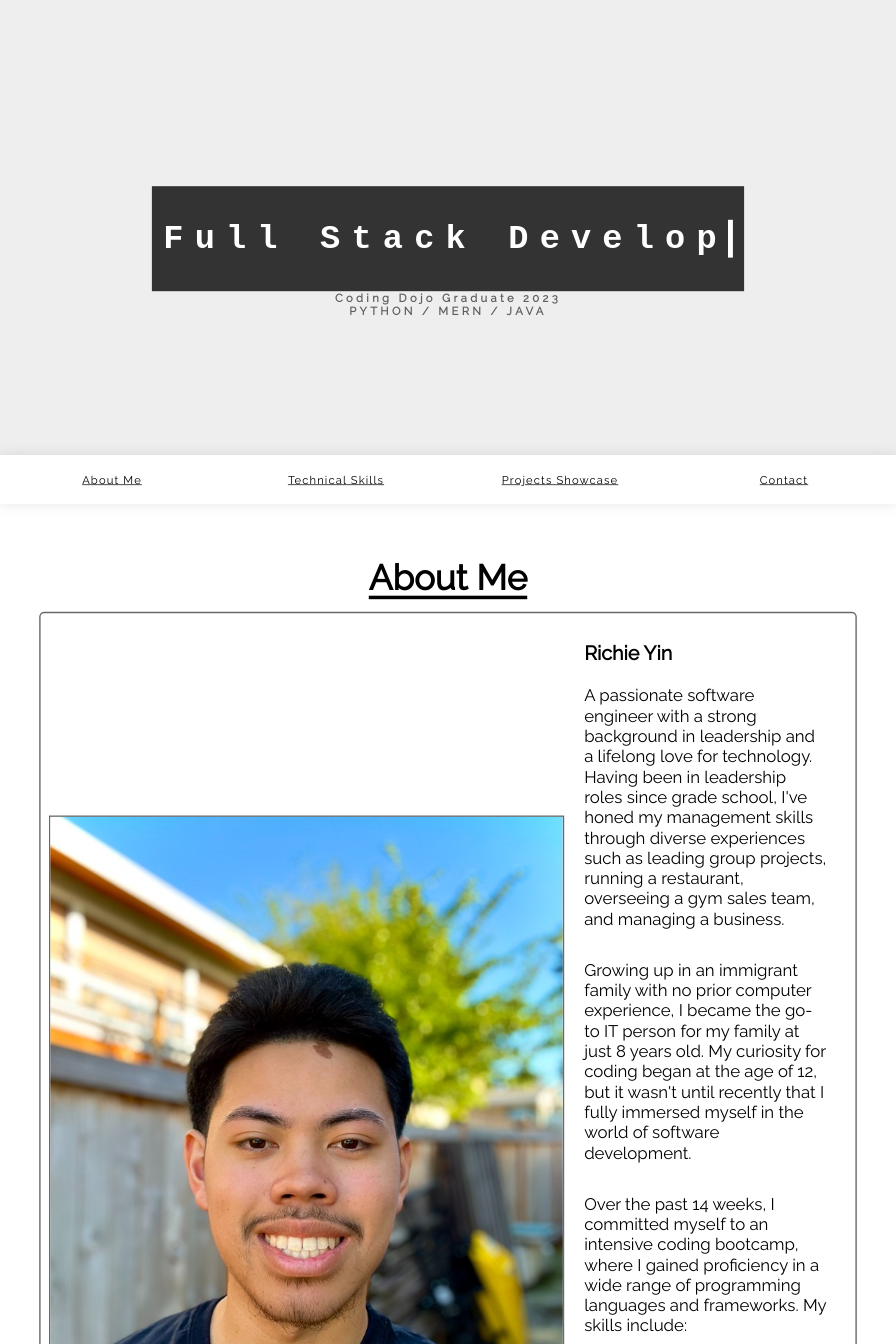
Repository: RICHIE-YIN/Personal-Portfolio
Page: index.html
The author's editor kept a copy of each file at every save. The page is drawn from the files as they stood at one save, then again after the next save.
The browser window is 1280 px wide. The pictures show the part of the page from y = 0 to 1920 px (the page is 4183 px tall), at 70% of full size.
Some web fonts or font styles are not loaded; a fallback is used.

Above is the page before, as saved 2023-06-12 18:22:41.
Console error: TypeError: Cannot read properties of null (reading 'getBoundingClientRect')

After the next save:
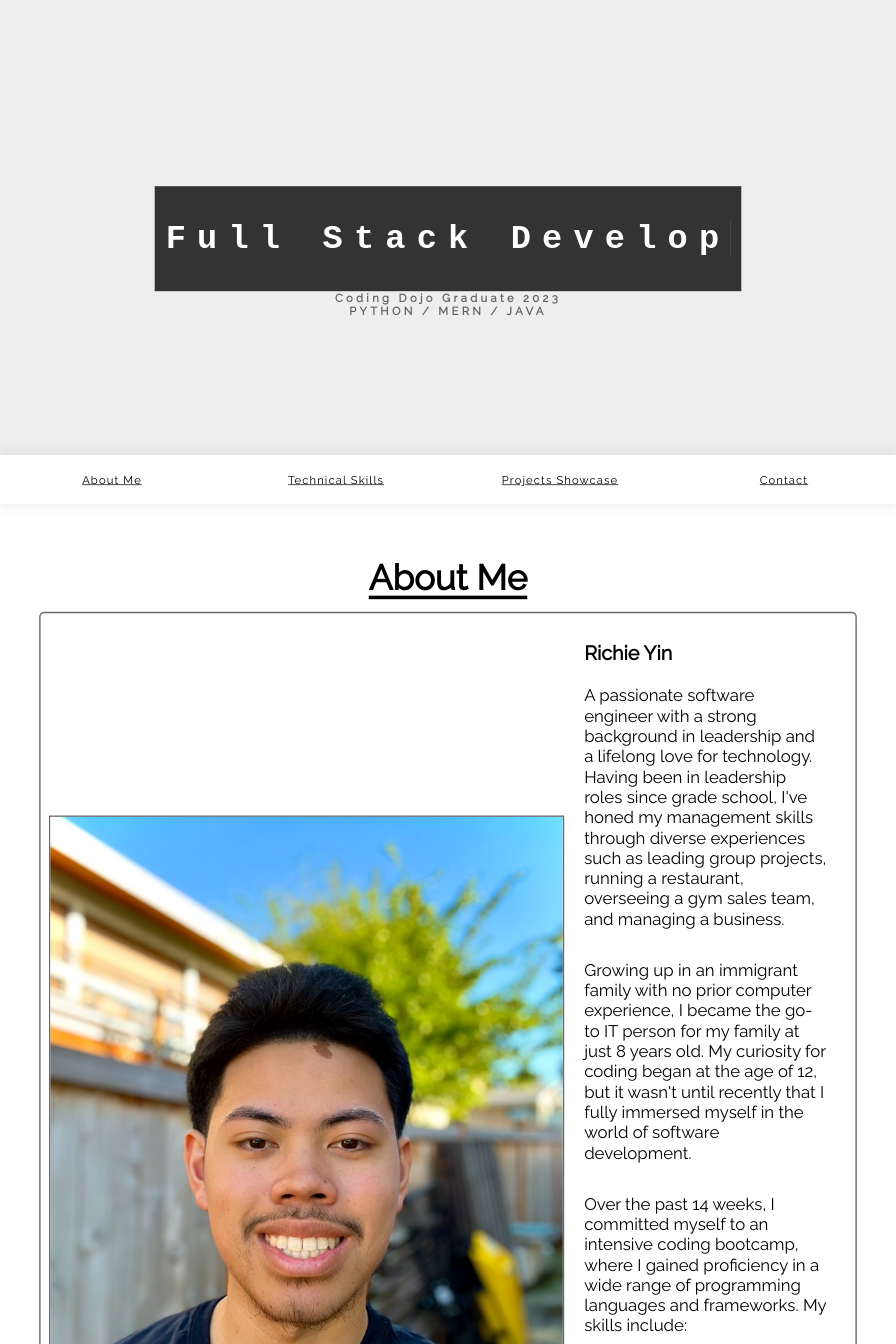
Saved 15 s later.
--- a/styles.css
+++ b/styles.css
@@ -51,10 +51,10 @@
     display: inline-block;
     flex-grow: 1;
     position: relative;
-    border-right: .15em solid white;
   }
 
   .typewriter h1::after {
+      border-right: .15em solid white;
     content: "";
     position: absolute;
     top: 0;

After the save that followed:
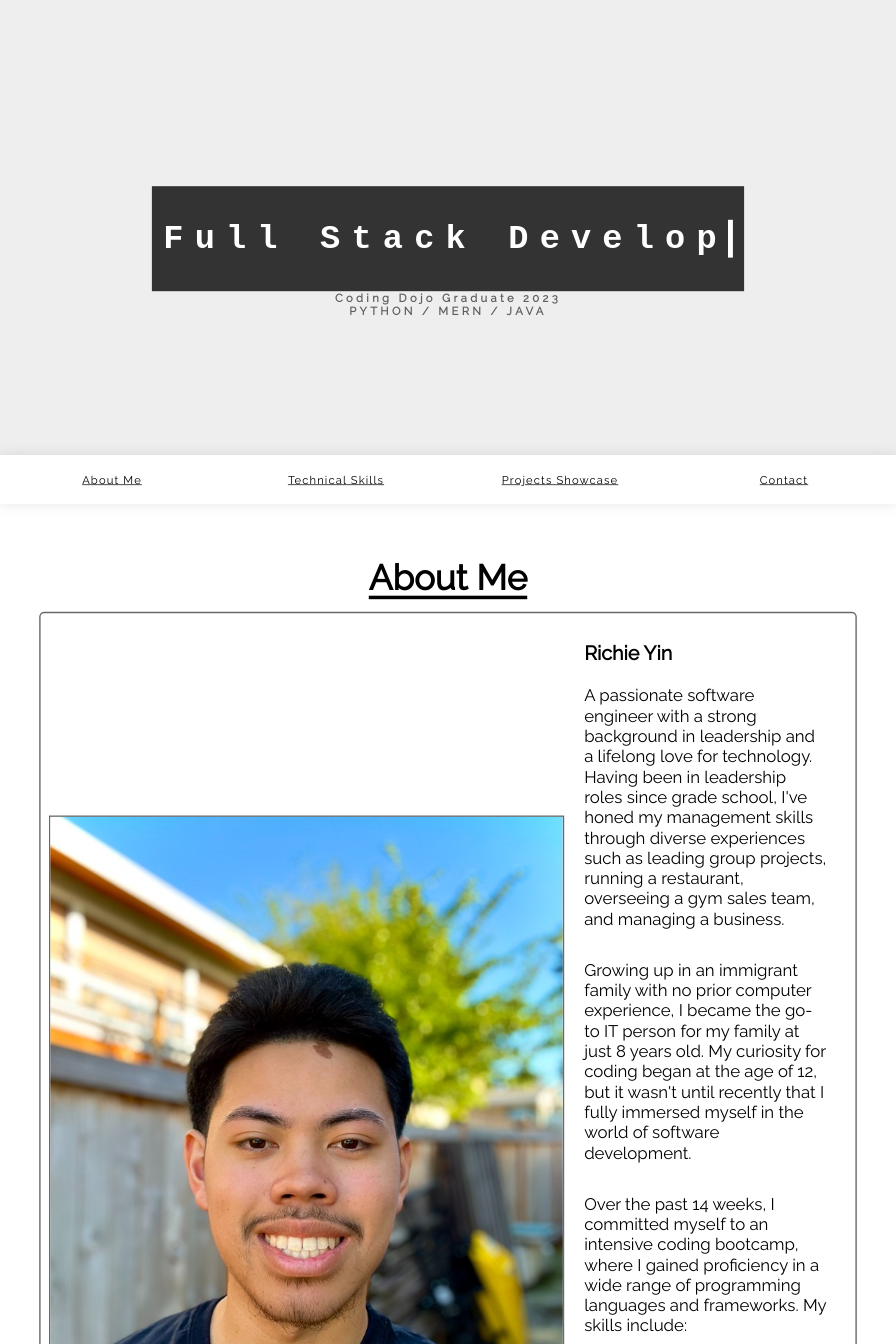
Saved 5 s later.
--- a/styles.css
+++ b/styles.css
@@ -43,33 +43,17 @@
     color: white;
     font-family: monospace;
     overflow: hidden;
+    border-right: .15em solid white;
     margin: 0 auto;
     letter-spacing: .15em;
     max-width: 100%;
+    white-space: nowrap;
+    text-align: center;
+    display: inline-block;
     white-space: pre-wrap;
     word-wrap: break-word;
-    display: inline-block;
-    flex-grow: 1;
-    position: relative;
-  }
-
-  .typewriter h1::after {
-      border-right: .15em solid white;
-    content: "";
-    position: absolute;
-    top: 0;
-    right: -0.15em;
-    height: 100%;
-    width: 0;
-    animation: typing 2s infinite;
-  }
-
-  @keyframes typing {
-    0% { width: 0; }
-    50% { border-color: transparent; }
-    100% { width: 100%; border-color: white; }
-  }
-
+    flex-grow: 1; /* Add this line */
+}
 
 /* .first-section {
     position: relative;
